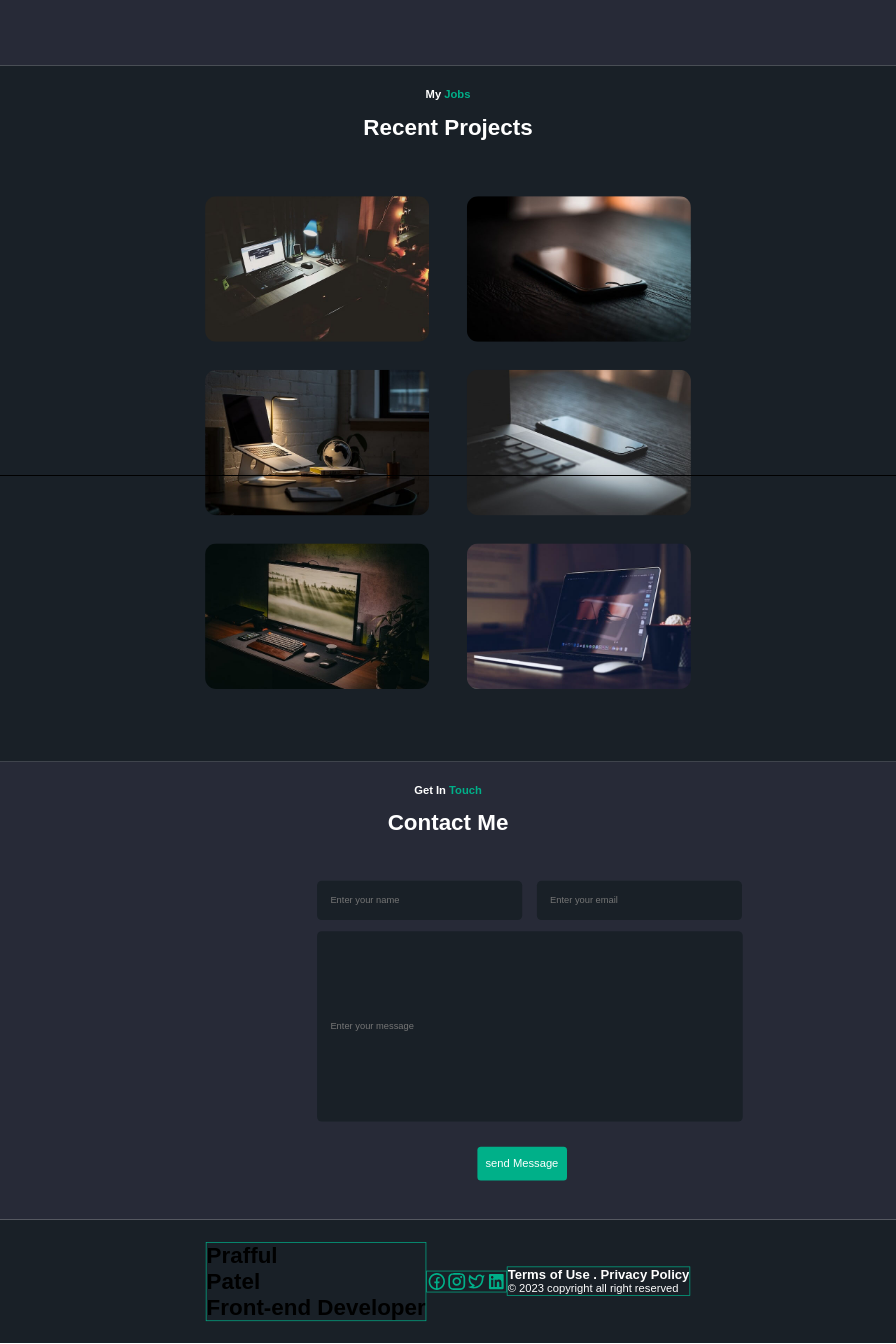
Repository: PraffulPatel27/Portfolio_2.0
Page: index.html
These files come from the project's save history. The page is drawn as it stood at one moment and after the next save; the edit follows.
The browser window is 1280 px wide. The pictures show the part of the page from y = 2225 to 4145 px (the page is 4145 px tall before and 4108 px after), at 70% of full size.

Above is the page before, as saved 2024-01-02 21:01:18.

### index.html
<!DOCTYPE html>
<html lang="en">
<head>
    <meta charset="UTF-8">
    <meta name="viewport" content="width=device-width, initial-scale=1.0">
    <title>Portfolio website complete</title>
    <link rel="stylesheet" href="style.css">
</head>
<body>

  <div class="container-first">
    <!-- /*********************** nav bar **************************/ -->
        <nav class="header">
            <h1>Portfolio</h1>

            <div class="nav-bar">
                <ul>
                    <li class="c1">Home</li>
                    <li> <a id="unique" href="#about">About</a></li>
                    <li>Services</li>
                    <li>Projects</li>
                    <li>Contact</li>
                </ul>
            </div>

        </nav>
        <!-- <div class="head-1"></div> -->



    <!-- /*********************** Section - 1 **************************/ -->
    <div class="first-main-content">
      <div class="left-content">
        <!-- <h1> Hi, </h1> -->
        <p class="ch"> Hello, </p>
        <p class="ch" id="bl"> I'm  </p>
        <h1 id="name-author"> Prafful Patel</h1>
        <h1> Front-end Developer </h1>

        <button class="btn"> Contact </button>
        <div class="social">
            <img src="images/insta.svg">
            <img src="images/fb.svg">
            <img src="images/github.svg">
        </div>
    </div>

   <img class="pic" src="images/profile-pic-circle.png">
   </div>


    <!-- /*********************** Section - 2 **************************/ -->
    <div class="section-2">
            <p class="heading-about"> About </p>

        <div class="front-2_under">
            <div class="left-content">
                <img class="left-img" src="images/image-portfolio.jpg">
            </div>

            <div class="right-para" id="about">
                <p class="heading-2"> I'am Prafful </p>
                <p class="description"> I'm Prafful Patel, a B.Tech. student specializing in AIML and
                    deiving into frontend development. With an unyielding passion
                    for emerging technologies, I'm committed to exploring the
                    digital frontier. My foundation in AIML, coupled with my
                    growing frontend skills, fuels my drive to push technological
                    boundaries and contribute to the ever-evolving tech
                    landscape. Thank you for visiting my portfolio; I eagerly
                    anticipate connecting with fellow enthusiasts and
                    organizations to shape the future of technology. </p>
            </div>
        </div>

    </div>


    <!-- /*********************** Section - 3 **************************/ -->

    <div class="section-3">
        <div class="bx-1">
            <p class="sm" > Favorite </p>
            <p class="sm" id="fsm"> Skills</p>
            <h1> My Skills</h1>

            <p class="skills-info">See fully what skills I have and perform, to
                develop the projects for you.</p>
            <button class="see-project"> See Projects </button>
        </div>

        <div class="bx-2">
          <div class="skill-nm">
            <p class="sl">01. </p>
            <p class="sl" id="lsm">HTML & CSS</p>
          </div>

          <div class="skill-nm">
            <p class="sl">02. </p>
            <p class="sl" id="lsm">JavaScript</p>
          </div>

          <div class="skill-nm">
            <p class="sl">03. </p>
            <p class="sl" id="lsm">Bootstrap</p>
          </div>

          <div class="skill-nm">
            <p class="sl">04. </p>
            <p class="sl" id="lsm">React</p>
          </div>
        </div>

        <div class="bx-2" id="bx-2_2">
            <div class="skill-nm">
                <p class="sl">05. </p>
                <p class="sl" id="lsm">Git & GitHub</p>
              </div>

              <div class="skill-nm">
                <p class="sl">06. </p>
                <p class="sl" id="lsm">Figma</p>
              </div>

              <div class="skill-nm">
                <p class="sl">07. </p>
                <p class="sl" id="lsm">C++</p>
              </div>
        </div>
    </div>


    <!-- /*********************** Section - 4 **************************/ -->
    <div class="section-4">
      <div class="head-4">
        <p class="sl" id="lsm">My</p>
        <p class="sl">Services</p>
      </div>

      <h1>What I Do</h1>

      <div class="do-box">
         <div class="box-1">
            <img src="./images/web-development.png">
            <h2>Web Developer</h2>
            <p>Development of custom web
                pages. Using current technologies
                and libraries of the labor field.</p>
         </div>

         <div class="box-1">
            <img src="./images/ui-ux-designe.svg">
            <h2>UI/UX Designer</h2>
            <p>I offer design of web interfaces and
                mobile applications, design made
                in figma, adobe xd and sketch.</p>
         </div>

         <div class="box-1">
            <img src="./images/graphic-design.png">
            <h2>Graphic Design</h2>
            <p>I make designs at the client's
                request, banner design, posters,
                digital designs among others.</p>
         </div>
      </div>
    </div>


    <!-- /*********************** Section - 5 **************************/ -->
    <div class="section-5">
        <div class="head-5">
          <p class="sl" id="lsm">My</p>
          <p class="sl">Jobs</p>
        </div>

        <h1>Recent Projects</h1>

        <div class="projects-box">
            <div class="pro-1">
               <img src="./images/project-img-1.jpg">
            </div>

            <div class="pro-1">
               <img src="./images/project-img-2.jpg">
            </div>

            <div class="pro-1">
               <img src="./images/project-img-3.jpg">
            </div>

            <div class="pro-1">
                <img src="./images/project-img-4.jpg">
            </div>

            <div class="pro-1">
                <img src="./images/project-img-5.jpg">
            </div>

            <div class="pro-1">
                <img src="./images/project-img-6.jpg">
            </div>

         </div>
    </div>


    <!-- /*********************** Section - 6 **************************/ -->
    <div class="section-6">
        <div class="head-6">
          <p class="sl" id="lsm">Get In </p>
          <p class="sl">Touch</p>
        </div>

        <h1>Contact Me</h1>

        <div class="contact">
          <div class="contact-box-1">
            <input type="name" class="fs-input" placeholder="Enter your name">
            <input type="email" class="fs-input" placeholder="Enter your email">
          </div>

          <div class="contact-box-2">
            <input type="text" id="contact-message" placeholder="Enter your message">
          </div>
        </div>
        <button class="contact-btn"> send Message </button>
    </div>


    <!-- /*********** footer section here ************/ -->
    <footer>
        <div class="footer-box-1">
            <h1 class="foot" id="last"> Prafful </h1> <h1 class="foot"> Patel</h1>
            <h1 style="color: ;"> Front-end Developer</h1>
        </div>

        <div class="footer-box-1" id="foot-icons-link">
            <img class="fb" src="images/fb.svg">
            <img class="ins" src="images/insta.svg">
            <img class="lid" src="images/twitter-line.svg">
            <img class="git" src="images/linkedin.svg">
        </div>

        <div class="footer-box-1" style="color: #fff;">
            <h3 class="f-h3"> Terms of Use . Privacy Policy </h3>
            <p class="fp"> © 2023 copyright all right reserved </p>
        </div>
    </footer>


    <!-- <footer>
            <h4 class="f-h4"> Prafful </h4>
            <div class="fimg">
                <img class="fb" src="images/faceb.png">
                <img class="ins" src="images/instagram-logo.png">
                <img class="lid" src="images/linkedin (1).png">
                <img class="git" src="images/github (1).png">
            </div>
            <h3 class="f-h3"> Terms of Use . Privacy Policy </h3>
            <p class="fp"> © 2023 copyright all right reserved </p>
    </footer> -->

  </div>

</body>
</html>

### style.css
* {
    margin: 0;
    padding: 0;
    box-sizing: border-box;
    font-family: 'Poppins' , sans-serif;
    scroll-behavior: smooth;
    overflow-x: hidden;
}
.container-first {
    display: flex;
    flex-direction: column;
    flex-wrap: wrap;
    width: 100vw;
    align-items: center;
}
.main-con {
    margin-left: 10%;
    margin-right: 10%;
}

/*********************** Nav bar **************************/
.header {
    min-height: 90%;
    width: 100%;
    background-position: center;
    background-size: cover;
    position: relative;
    background-color: #192027;
    color: #fff;
}
nav {
    display: flex;
    padding: 1.6% 4%;
    align-items: center;
    justify-content: center;
}
.nav-bar {
    flex: 1;
    text-align: right;
}
.nav-bar ul li {
    list-style: none;
    display: inline-block;
    padding: 8px 18px;
    position: relative;
    /* font-weight: bold; */
    cursor: pointer;
    font-size: 0.88rem;
}
#unique {
    text-decoration: none;
    color: #fff;
}
#unique:hover {
    color: #00B089;
}
.nav-bar ul li::after  {
    content: '';
    width: 0%;
    height: 3.5px;
    background-color: #00B089;
    display: block;
    margin: auto;
    transition: 0.80s;
}
.nav-bar ul li:hover::after {
    width: 100%;
}
.nav-bar ul li:hover {
    color: #00B089;
}
nav h1 {
    font-size: 2rem;
    color: #00B089;
    margin-left: 1.7rem;
}

/*********************** Section - 1 **************************/
.first-main-content {
    width: 100%;
    background-color: #192027;
    padding-bottom: 7%;
    display: flex;
    justify-content: space-evenly;
    align-items: center;
    flex-direction: row;
    flex-wrap: wrap;
    align-items: center;
    /* border: 2px solid black; */
}
/* .head-1 {
    margin-top: -1.2%;
    opacity: 0.1;
    border: 0.8px solid black;
    width: 100%;
} */
.left-content {
    padding-top: 5%;
    padding-left: 10%;
    /* border: 2px solid black; */
}
.ch {
    display: inline;
    font-size: 33px;
    color: #fff;
}
#bl {
    color: #00B089;
}
#name-author {
    color: #00B089;
    margin-top: 1.2%;
    font-size: 3.3rem;
    margin-left: 0.1%;
}
.left-content h1 {
    line-height: 60px;
    color: #fff;
    font-size: 25px;
}
.btn {
    width: 10%;
    height: 3rem;
    margin-top: 7%;
    margin-left: 0.5%;
    border-radius: 10px;
    background: #00B089;
    border: none;
    cursor: pointer;
    color: white;
    font-size: 1rem;
    text-align: center;
}
.btn:hover {
    box-shadow: 0px 0px 30px #00B089;
    transition: 0.2s;
}
.social {
    margin-top: 4%;
    margin-left: -1%;
    /* border: 2px solid black; */
}
.social img {
    width: 3%;
    padding-left: 1%;
    cursor: pointer;
    /* background: none; */
}
.social img:hover {
    color: #00B089;
}
.pic {
    width: 20rem;
    margin-top:5%;
    margin-right: -62%;
    flex-wrap: wrap;
    position: absolute;
}

/*********************** Section - 2 **************************/
.section-2 {
    width: 100%;
    flex-wrap: wrap;
    align-items: center;
    display: flex;
    position: none;
    justify-content: space-evenly;
    background-color: #272A37;
    /* border: 2px solid red; */
}
.heading-about {
    text-align: center;
    margin-top: 5%;
    color: #00B089;
    font-size: 2.2rem;
    font-weight: 700;
    text-decoration: underline;
}
.front-2_under {
    display: flex;
    flex-direction: row;
    justify-content: space-evenly;
    align-items: center;
    margin-top: 2%;
    margin-left: 6.5%;
    margin-right: 9%;
    margin-bottom: 6%;
    /* border: 2px solid red; */
}
.left-content {
    flex: 1;
}
.left-content .left-img {
    width: 60%;
    max-width: 100%;
    height: auto;
    border-radius: 1%;
}
.right-para {
    flex: 1;
}
.heading-2 {
    font-size: 2.5rem;
    line-height: 70px;
    color: #fff;
}
.description {
    color: #858B96;
    letter-spacing: 1.5px;
    line-height: 28px;
    margin-top: 2%;
}

 /*********************** Section - 3 **************************/
 .section-3 {
    width: 100%;
    height: 28rem;
    padding-top: 5%;
    flex-wrap: wrap;
    display: flex;
    /* flex-direction: row; */
    padding-left: 10%;
    padding-right: 10%;
    background-color: #192027;
    /* border: 2px solid black; */
}
.sm {
    color: #fff;
    display: inline;
    font-weight: 700;
    font-size: 15px;
}
#fsm {
    color: #00B089;
}
.bx-1 h1 {
    margin-top: 2.8%;
    color: #fff;
}
.skills-info {
    color: #858B96;
    margin-top: 8%;
    margin-bottom: 4.5%;
    font-size: 15px;
}
.bx-1 {
    /* border: 2px solid green; */
    overflow: hidden;
    width: 38%;
    height: 94%;
    padding-top: 5%;
    padding-left: 12%;
    margin-right: 3%;
}
.see-project {
    width: 40%;
    height: 3rem;
    margin-top: 15%;
    margin-left: 0.5%;
    border-radius: 6px;
    background: #00B089;
    border: none;
    cursor: pointer;
    color: white;
    font-size: 0.88rem;
    text-align: center;
}
.see-project:hover {
    box-shadow: 0px 0px 30px #00B089;
    transition: 0.2s;
}

.bx-2 {
    /* border: 2px solid red; */
    width: 27%;
    margin-top: 8%;
    padding-left: 10%;
}
#bx-2_2 {
    padding-left: 3%;
}
.skill-nm {
    margin-bottom: 10%;
}
.sl {
    color: #00B089;
    display: inline;
}
#lsm {
    color: #fff;
}

/*********************** Section - 4 **************************/
.section-4 {
    width: 100%;
    /* height: 30rem; */
    background-color: #272A37;
    padding-bottom: 4rem;
}
.head-4 {
    text-align: center;
    font-weight: 700;
    margin-top: 2.5%;
}
.section-4 h1 {
    margin-top: 1.5%;
    text-align: center;
    color: #fff;
}
.do-box {
    /* border: 1.5px solid white; */
    display: flex;
    margin-top: 5rem;
    /* margin-left: 5rem; */
    /* margin-right: 5rem; */
    padding: 2rem 2rem 2rem 14rem;
}
.box-1 {
    /* border: 1.5px solid orange; */
    width: 21rem;
    height: 20rem;
    border-radius: 15px;
    margin-right: 2.5rem;
    background-color: #192027;
}

.box-1:hover {
    border: 1px solid #00B089;
}
.box-1 img {
    width: 12%;
    margin: 5rem 0 0 9.1rem;
}
.box-1 h2 {
    text-align: center;
    color: #fff;
    margin-top: 1.5rem;
}
.box-1 p {
    color: #858B96;
    margin-top: 2rem;
    text-align: center;
    padding-left: 2.5rem;
    padding-right: 2.5rem;
}

.section-5 {
    width: 100%;
    background-color:#192027;
    padding-bottom: 4rem;
}
.section-5 h1 {
    margin-top: 1.5%;
    text-align: center;
    color: #fff;
}
.head-5 {
    text-align: center;
    font-weight: 700;
    margin-top: 2.5%;
}
.projects-box {
    margin-top: 5rem;
    display: flex;
    flex-wrap: wrap;
    justify-content: space-evenly;
    padding-left: 15rem;
    padding-right: 15rem;
}
.pro-1 {
    /* border: 1px solid #00B089; */
    border-radius: 16px;
    width: 20rem;
    height: 13rem;
    margin-bottom: 2.5rem;
}
.pro-1 img {
    display: block;
    object-fit: cover;
    width: 100%;
    height: 100%;
    /* border-radius: 16px; */

}

.section-6 {
    width: 100%;
    background-color:#272A37;
    padding-bottom: 3.5rem;
}
.section-6 h1 {
    margin-top: 1.5%;
    text-align: center;
    color: #fff;
}
.head-6 {
    text-align: center;
    font-weight: 700;
    margin-top: 2.5%;
}
.contact {
    /* border: 1px solid #00B089; */
    margin-top: 3.5rem;
    /* height: 21rem; */
    /* padding-left: 25rem; */
}
.contact-box-1 {
    width: 40rem;
    margin-left: 27.8rem;
    padding: 0.5rem 0.5rem 0.5rem 0.5rem;
    /* border: 1px solid #00B089; */
}
.contact-box-2 {
    width: 40rem;
    margin-left: 27.8rem;
    padding: 0.5rem 0.5rem 0.5rem 0.5rem;
    /* border: 1px solid #00B089; */
}
.fs-input {
    width: 47%;
    height: 3.5rem;
    border-radius: 6.5px;
    background-color: #192027;
    color: #858B96;
    padding-left: 1.2rem;
    margin-right: 1rem;
    border: none;
}
.fs-input::after {
    border: none;
}
#contact-message {
    width: 38rem;
    height: 17rem;
    border: none;
    padding-left: 1.2rem;
    padding-top: -2rem;
    border-radius: 6.5px;
    background-color: #192027;
    color: #858B96;
}
.contact-btn {
    width: 10%;
    height: 3rem;
    margin-top: 2.2%;
    margin-left: 42.6rem;
    border-radius: 5px;
    background: #00B089;
    border: none;
    cursor: pointer;
    color: white;
    font-size: 1rem;
    text-align: center;
}
/* .contact-btn:hover {
    box-shadow: 0px 0px 30px #00B089;
    transition: 0.2s;
} */

footer {
    width: 100%;
    background-color: #192027 !important;
    display: flex;
    justify-content: center;
    align-items: center;
    display: flex;
    padding: 2rem 2rem 2rem 2rem;
    /* border: 1px solid #00B089; */
}
.footer-box-1 {
    border: 1px solid #00B089;
}
#foot-icons-link {
    display: flex;
    width: 7.2rem;
}

After the next save:
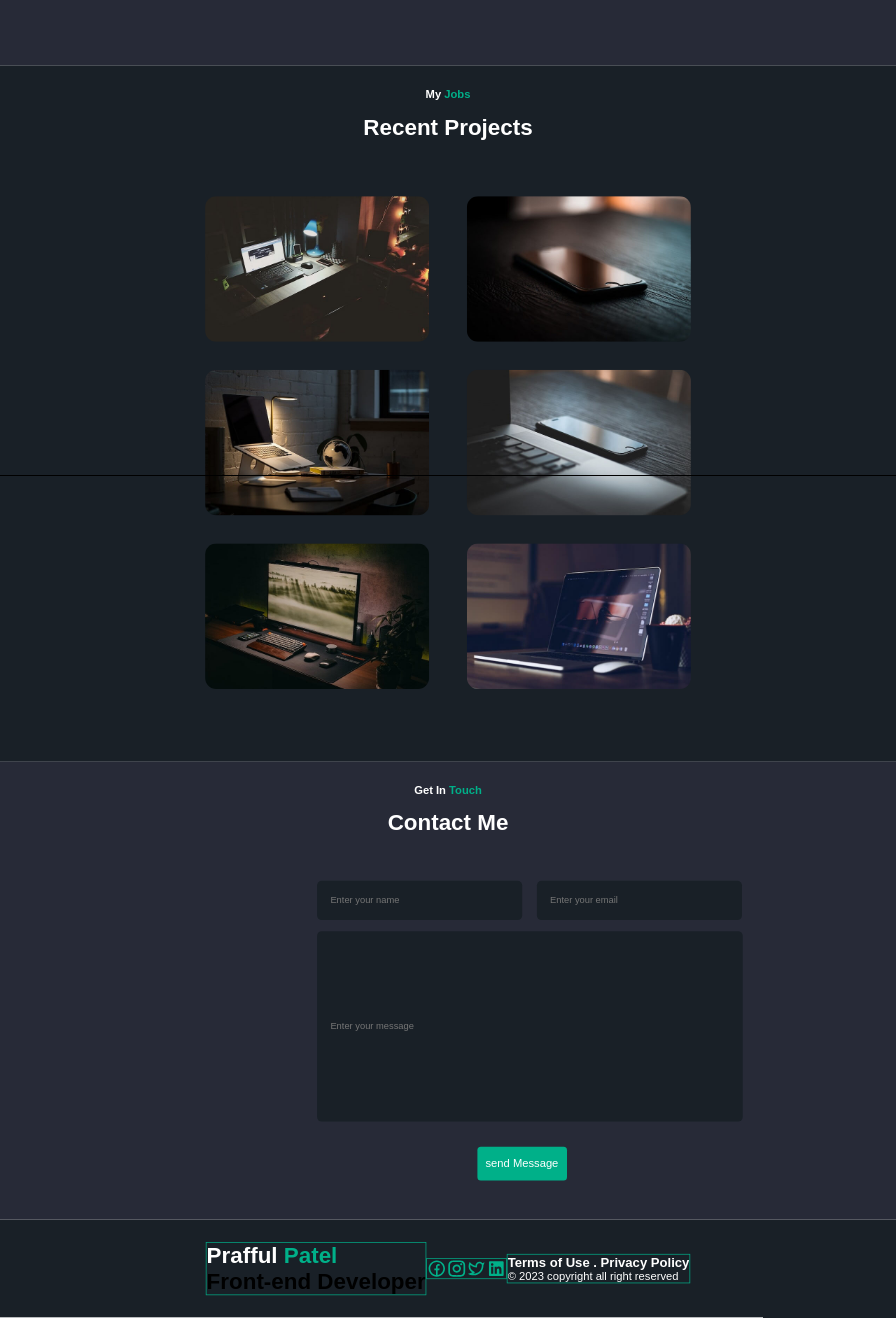
Saved 3 s later.
--- a/style.css
+++ b/style.css
@@ -467,6 +467,13 @@
     padding: 2rem 2rem 2rem 2rem;
     /* border: 1px solid #00B089; */
 }
+.foot {
+    color: #00B089;
+    display: inline;
+}
+#last {
+    color: #fff;
+}
 .footer-box-1 {
     border: 1px solid #00B089;
 }

After the 2 saves that followed:
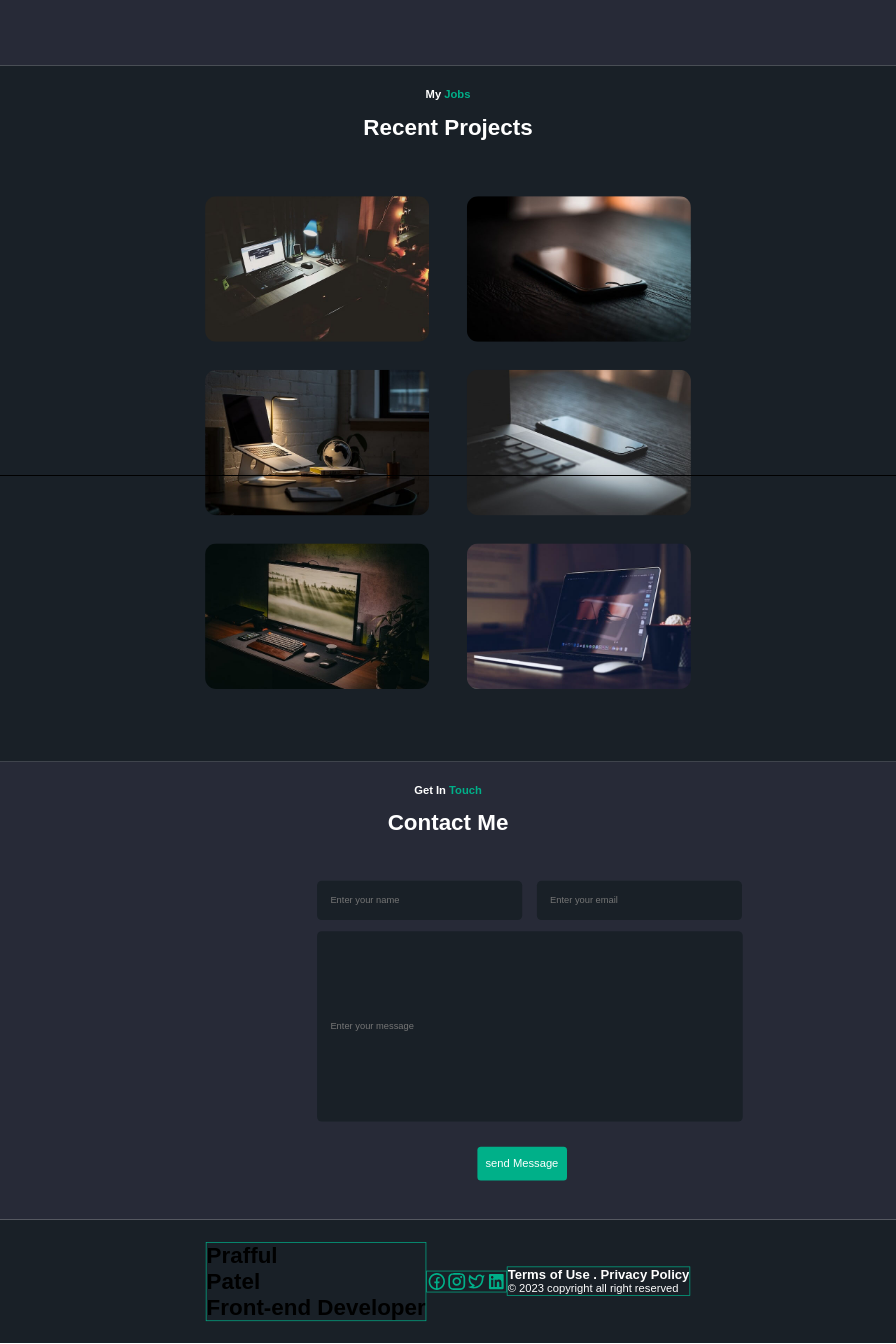
The 2 saves are shown as one change because they came seconds apart.
The last was saved 9 s later.
--- a/style.css
+++ b/style.css
@@ -467,13 +467,6 @@
     padding: 2rem 2rem 2rem 2rem;
     /* border: 1px solid #00B089; */
 }
-.foot {
-    color: #00B089;
-    display: inline;
-}
-#last {
-    color: #fff;
-}
 .footer-box-1 {
     border: 1px solid #00B089;
 }
